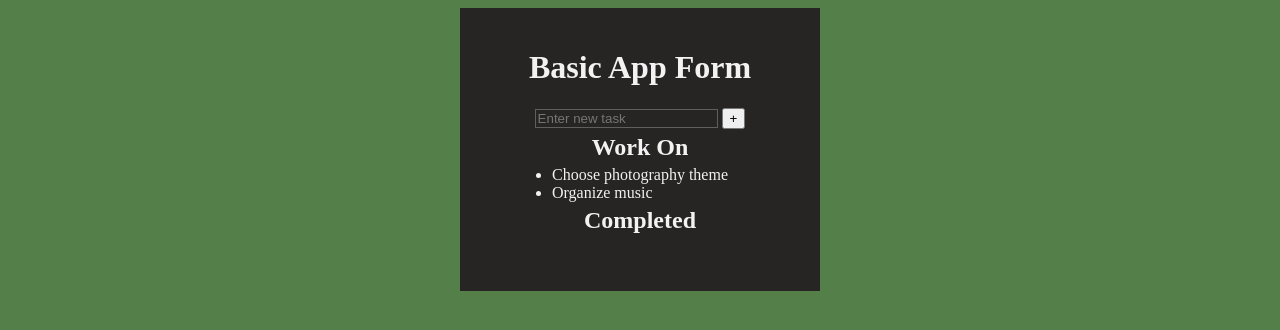
Repository: Kayla-amr/dgm_3760
Page: todoTemplate-W2/index.html
An editor plug-in stored every save of this project. The page is shown before and after the next save, followed by the edit.
The browser window is 1280 px wide. The pictures show the whole page.

Above is the page before, as saved 2022-10-17 17:19:32.

After the next save:
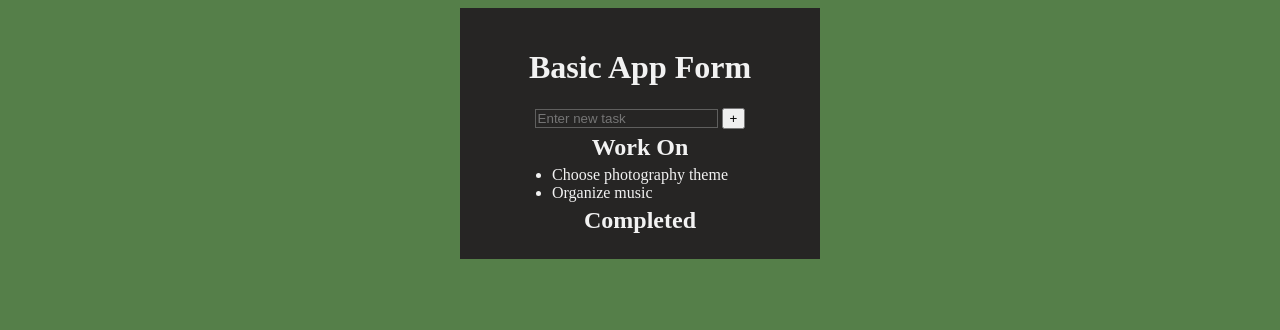
Saved 7 s later.
--- a/todoTemplate-W2/index.html
+++ b/todoTemplate-W2/index.html
@@ -21,7 +21,7 @@
             <ul class='todoTasks'>
             </ul>
             <h2>Completed</h2>
-            <ul class='completeTasks'>
+            <ul class='completedTasks'>
             </ul>
     </main>
 
